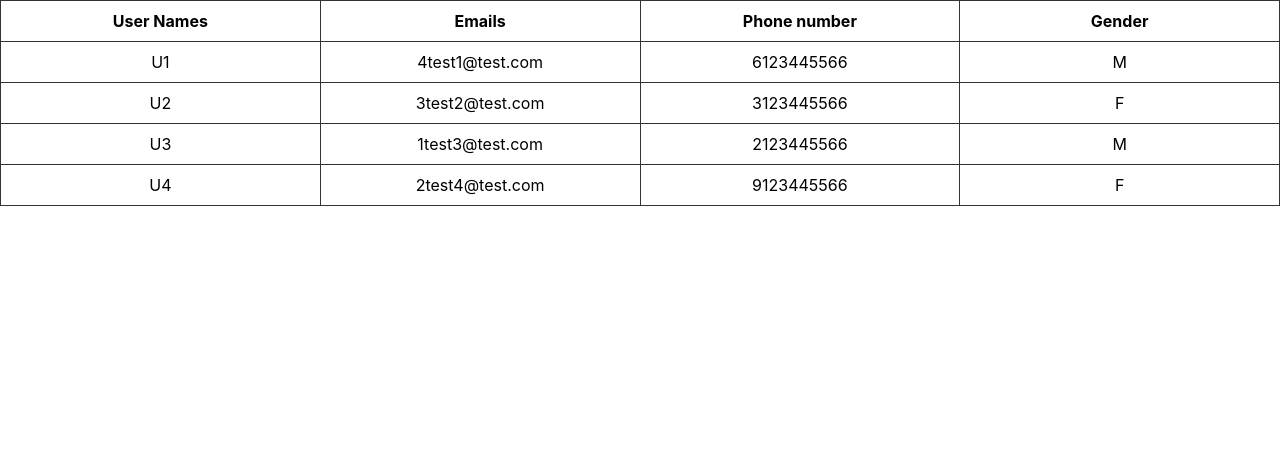
Repository: mayank-tavisca/dynamic-grids
Page: /
These files come from the project's save history. The page is drawn as it stood at one moment and after the next save; the edit follows.
The browser window is 1280 px wide. The pictures show the whole page.
The project was rebuilt for these pictures with package versions that can differ from the ones it lists, and the page was loaded fresh each time.

Above is the page before, as saved 2020-02-04 12:09:28.

### src/App.tsx
import React from "react";
import logo from "./logo.svg";
import "./App.css";
import DynamicGrid from "./dynamic-grid/dynamicGrid";

const Data = {
  headers: [
    { label: "User Names", value: "username" },
    { label: "Emails", value: "email" },
    { label: "Phone number", value: "number" },
    { label: "Gender", value: "gender" }
  ],
  tableData: [
    {
      username: "U1",
      email: "4test1@test.com",
      number: 6123445566,
      gender: "M"
    },
    {
      username: "U2",
      email: "3test2@test.com",
      number: 3123445566,
      gender: "F"
    },
    {
      username: "U3",
      email: "1test3@test.com",
      number: 2123445566,
      gender: "M"
    },
    {
      username: "U4",
      email: "2test4@test.com",
      number: 9123445566,
      gender: "F"
    }
  ],
  styles: {},
  pagination: {},
  sorting: {}
};

const App = () => {
  return (
    <div className="App">
      <DynamicGrid data={Data} />
    </div>
  );
};

export default App;

### src/dynamic-grid/dynamicGrid.tsx
import React, { FC, useEffect, useState } from "react";
import Style from "./dynamicGrid.module.scss";
import { sortDataByAscending, sortDataByDescending } from "../shared/utils";

interface IProps {
  data: any;
}

enum PaginationLocation {
  TOP,
  BOTTOM
}

enum SortOrder {
  ASCENDING,
  DESCENDING
}

interface IPagination {
  showPagination: boolean;
  defaultRowsCount: number;
  activePane: number;
  position: PaginationLocation;
}

interface ITableConfig {
  rows: number;
  cols: number;
  headerData: any;
  data: any;
  pagination: IPagination;
}

const DynamicGrid: React.FC<IProps> = ({ data }) => {
  const [tableConfig, setTableConfig]: any = useState({
    rows: 0,
    cols: 0,
    defaultRowCount: 5,
    pagination: false
  });

  const [tableData, setTableData]: any = useState([]);
  const [headers, setHeaders] = useState([]);

  const [sortOrder, setSortOrder] = useState();
  const [previousSortCriteria, setPreviousSortCriteria] = useState();
  //   let tableConfig: ITableConfig = ;

  useEffect(() => {
    parseData();
  }, []);

  const parseData = () => {
    tableConfig.rows = data.tableData.length;
    tableConfig.cols = Object.keys(data.tableData).length;

    setHeaders(data.headers);
    setTableData(data.tableData);
    setTableConfig(tableConfig);
  };

  const renderHeader = () => {
    return (
      <div className={Style.tableRow}>
        {headers.map((item: any) => {
          return (
            <span
              onClick={() => {
                sortTable(item.value);
              }}
              className={`${Style.tableCell} ${Style.tableHeader}`}
            >
              {item.label}
            </span>
          );
        })}
      </div>
    );
  };

  const renderRow = (data: any) => {
    return Object.keys(data).map(key => {
      return <span className={`${Style.tableCell}`}>{data[key]}</span>;
    });
  };

  const renderData = () => {
    return tableData.map((item: any) => {
      return <div className={Style.tableRow}>{renderRow(item)}</div>;
    });
  };

  const evaluateSortOrder = sortCriteria => {
    if (previousSortCriteria !== sortCriteria) {
      setSortOrder(SortOrder.ASCENDING);
    } else if (sortOrder === SortOrder.ASCENDING) {
      setSortOrder(SortOrder.DESCENDING);
    } else if (sortOrder === SortOrder.DESCENDING) {
      setSortOrder(SortOrder.ASCENDING);
    }
  };

  const sortTable = (sortCriteria: string) => {
    let temp = tableData.map(e => Object.assign({}, e));

    evaluateSortOrder(sortCriteria);

    if (sortOrder === SortOrder.DESCENDING) {
      temp = sortDataByDescending(temp, sortCriteria);
    } else {
      temp = sortDataByAscending(temp, sortCriteria);
    }

    setPreviousSortCriteria(sortCriteria);
    setTableData(temp);
  };

  return (
    <div>
      <div className={Style.table}>
        {renderHeader()}
        {renderData()}
      </div>
    </div>
  );
};

export default DynamicGrid;

### src/dynamic-grid/dynamicGrid.module.scss
.table {
  display: flex;
  flex-direction: column;
  border: 1px solid #333;

  .tableRow {
    display: flex;
    flex-direction: row;
    border-bottom: 1px solid #333;

    .tableCell {
      border-right: 1px solid #333;
      flex: 1 0 0;
      padding: 10px 24px;
    }

    .tableCell:last-child {
      border-right: none;
    }

    .tableHeader {
      font-weight: bold;
    }
  }
  .tableRow:last-child {
    border-bottom: none;
  }
}

### src/shared/utils.ts
export const sortDataByAscending = (data: any[], sortCriteria: string) => {
    data = data.sort((a: any, b: any) => {
        if (a[sortCriteria] < b[sortCriteria]) {
            return -1;
        } else if (a[sortCriteria] > b[sortCriteria]) {
            return 1;
        } else {
            return 0;
        }
    });
    return data;
}

export const sortDataByDescending = (data: any[], sortCriteria: string) => {
    data = data.sort((a: any, b: any) => {
        if (a[sortCriteria] < b[sortCriteria]) {
            return 1;
        } else if (a[sortCriteria] > b[sortCriteria]) {
            return -1;
        } else {
            return 0;
        }
    });
    return data;
}

Loaded but not shown: public/index.html (common file); src/index.tsx (common file); src/index.css (common file); src/serviceWorker.ts (common file); src/App.css (common file)

After the next save:
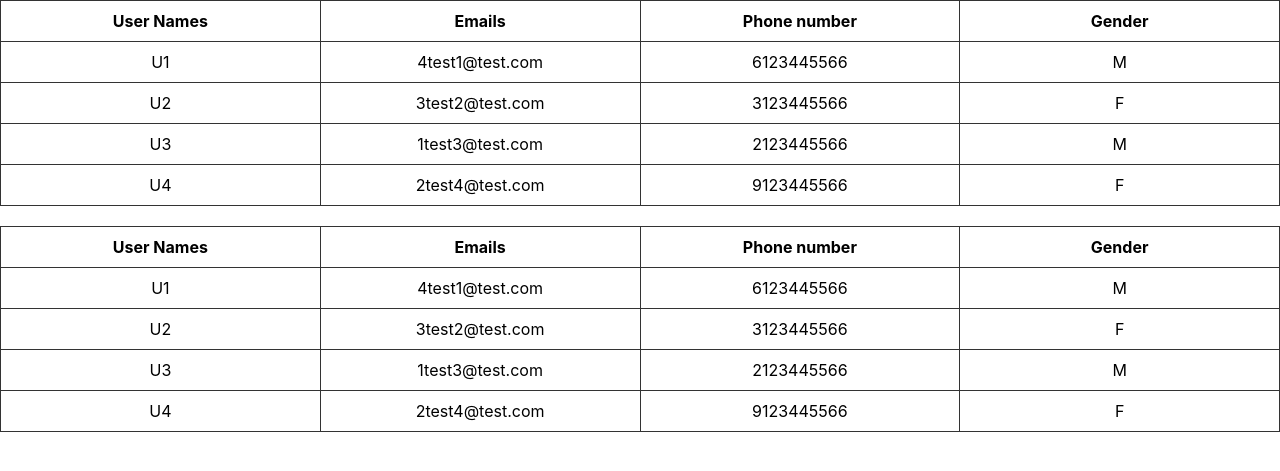
Saved 31 s later.
--- a/src/App.tsx
+++ b/src/App.tsx
@@ -3,7 +3,45 @@ import logo from "./logo.svg";
 import "./App.css";
 import DynamicGrid from "./dynamic-grid/dynamicGrid";
 
-const Data = {
+const Data1 = {
+  headers: [
+    { label: "User Names", value: "username" },
+    { label: "Emails", value: "email" },
+    { label: "Phone number", value: "number" },
+    { label: "Gender", value: "gender" }
+  ],
+  tableData: [
+    {
+      username: "U1",
+      email: "4test1@test.com",
+      number: 6123445566,
+      gender: "M"
+    },
+    {
+      username: "U2",
+      email: "3test2@test.com",
+      number: 3123445566,
+      gender: "F"
+    },
+    {
+      username: "U3",
+      email: "1test3@test.com",
+      number: 2123445566,
+      gender: "M"
+    },
+    {
+      username: "U4",
+      email: "2test4@test.com",
+      number: 9123445566,
+      gender: "F"
+    }
+  ],
+  styles: {},
+  pagination: {},
+  sorting: {}
+};
+
+const Data2 = {
   headers: [
     { label: "User Names", value: "username" },
     { label: "Emails", value: "email" },
@@ -44,7 +82,9 @@ const Data = {
 const App = () => {
   return (
     <div className="App">
-      <DynamicGrid data={Data} />
+      <DynamicGrid data={Data1} />
+      <br />
+      <DynamicGrid data={Data1} />
     </div>
   );
 };
